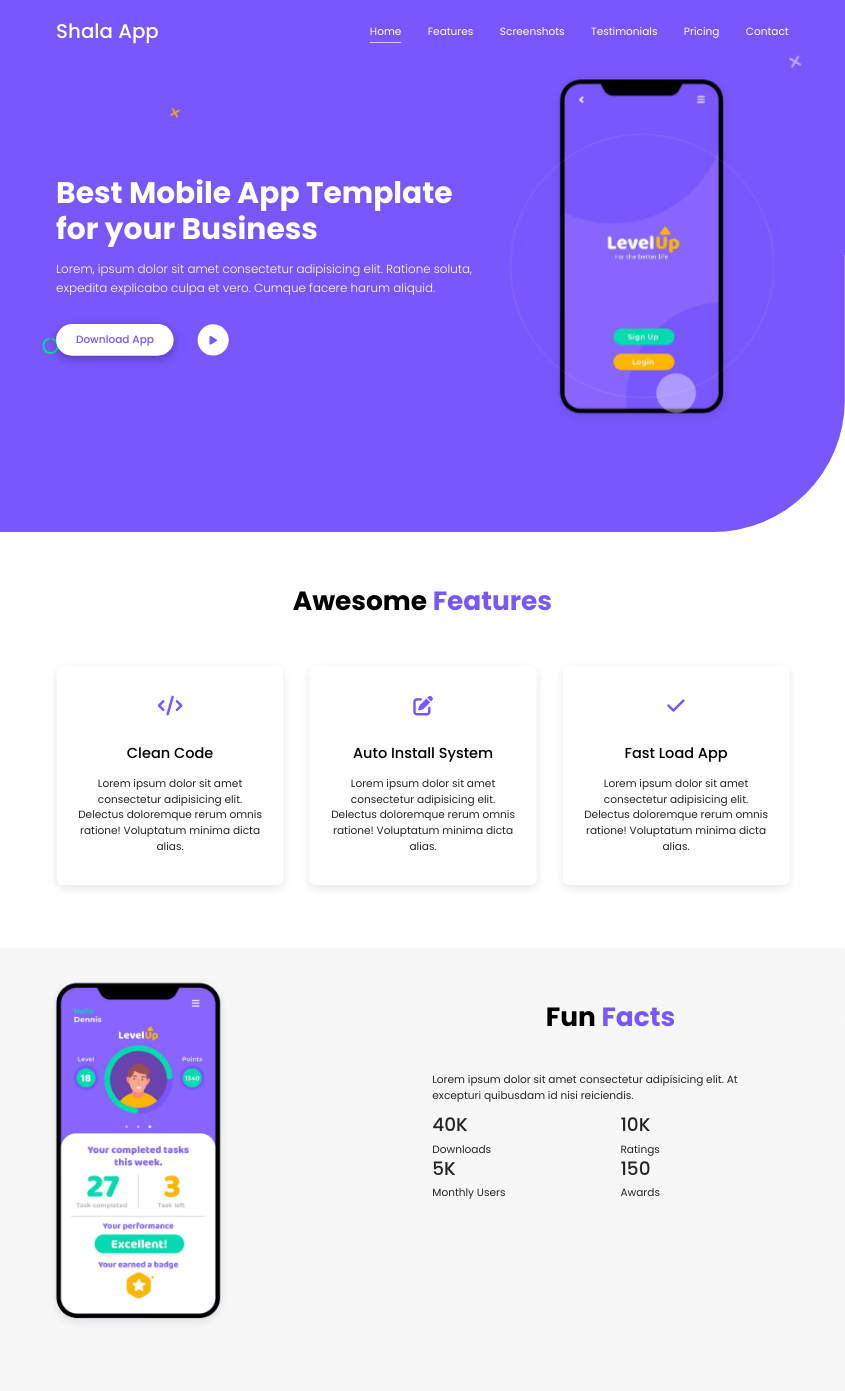
Repository: Mohamed-Hema/Shala-App
Page: index.html
An editor plug-in stored every save of this project. The page is shown before and after the next save, followed by the edit.
The browser window is 1280 px wide. The pictures show the whole page, at 66% of full size.
Some web libraries are served in a nearby version.

Above is the page before, as saved 2021-02-19 16:51:37.

### index.html
<!DOCTYPE html>
<html lang="zxx">
<head>
  <title>Shala - App Landing Page</title>
  <meta charset="utf-8">
  <meta name="viewport" content="width=device-width, initial-scale=1">
  <!-- owl carousel css -->
  <link rel="stylesheet" href="css/owl.carousel.min.css">
  <!-- font awesome icons -->
  <script src="https://kit.fontawesome.com/794108ad0e.js" crossorigin="anonymous"></script>
  <!-- bootstrap css -->
  <link rel="stylesheet" href="css/bootstrap.min.css">
  <!-- main css -->
  <link rel="stylesheet" href="css/style.css">
</head>
<body>

  <!-- Start NavBar -->
  <nav class="navbar navbar-expand-md fixed-top">
    <div class="container">
      <!-- Brand -->
      <a class="navbar-brand" href="#">Shala App</a>

      <!-- Toggler/collapsibe Button -->
      <button class="navbar-toggler" type="button" data-toggle="collapse" data-target="#collapsibleNavbar">
        <span class="navbar-toggler-icon"></span>
      </button>

      <!-- Navbar links -->
      <div class="collapse navbar-collapse" id="collapsibleNavbar">
        <ul class="navbar-nav ml-auto">
          <li class="nav-item">
            <a class="nav-link active" href="#">Home</a>
          </li>
          <li class="nav-item">
            <a class="nav-link" href="#">Features</a>
          </li>
          <li class="nav-item">
            <a class="nav-link" href="#">Screenshots</a>
          </li>
          <li class="nav-item">
            <a class="nav-link" href="#">Testimonials</a>
          </li>
          <li class="nav-item">
            <a class="nav-link" href="#">Pricing</a>
          </li>
          <li class="nav-item">
            <a class="nav-link" href="#">Contact</a>
          </li>
        </ul>
      </div>
    </div>
  </nav>

  <!-- End NavBar -->
  <!-- Start Home Section -->
  <section class="home d-flex align-items-center">
    <div class="effect-wrap">
      <i class="fas fa-plus effect effect-1"></i>
      <i class="fas fa-plus effect effect-2"></i>
      <i class="fas fa-circle-notch effect effect-3"></i>
    </div>
    <div class="container">
      <div class="row align-items-center">
        <div class="col-md-7">
          <div class="home-text">
            <h1>Best Mobile App Template for your Business</h1>
            <p>Lorem, ipsum dolor sit amet consectetur adipisicing elit. Ratione soluta, expedita explicabo culpa et vero. Cumque facere harum aliquid.</p>
            <div class="home-btn">
              <a href="#" class="btn btn-1">Download App</a>
              <button type="button" class="btn btn-1 video-play-btn">
                <i class="fas fa-play"></i>
              </button>
            </div>
          </div>
        </div>
        <div class="col-md-5 text-center">
          <div class="home-img">
            <div class="circle"></div>
            <img src="img/app-screenshots/1.png" alt="First App Screen">
          </div>
        </div>
      </div>
    </div>
  </section>
  <!-- End Home Section -->
  <!-- Start Video PopUp -->
  <div class="video-popup">
    <div class="video-popup-inner">
      <i class="fas fa-times video-popup-close"></i>
      <div class="iframe-box">
        <iframe id="player-1" src="https://www.youtube.com/embed/o1eY1MPcRQs" allow="accelerometer; autoplay; clipboard-write; encrypted-media; gyroscope; picture-in-picture" allowfullscreen></iframe>
      </div>
    </div>
  </div>
  <!-- End Video PopUP -->
  <!-- Start Features Section -->
  <section class="features section-padding">
    <div class="container">
      <div class="row justify-content-center">
        <div class="col-lg-8">
          <div class="section-title">
            <h2>Awesome <span>Features</span></h2>
          </div>
        </div>
      </div>
      <div class="row">
        <div class="owl-carousel features-carousel">
          <div class="feature-item">
            <div class="icon"><i class="fas fa-code"></i></div>
            <h3>Clean Code</h3>
            <p>Lorem ipsum dolor sit amet consectetur adipisicing elit. Delectus doloremque rerum omnis ratione! Voluptatum minima dicta alias.</p>
          </div>
          <div class="feature-item">
            <div class="icon"><i class="fas fa-edit"></i></div>
            <h3>Auto Install System</h3>
            <p>Lorem ipsum dolor sit amet consectetur adipisicing elit. Delectus doloremque rerum omnis ratione! Voluptatum minima dicta alias.</p>
          </div>
          <div class="feature-item">
            <div class="icon"><i class="fas fa-check"></i></div>
            <h3>Fast Load App</h3>
            <p>Lorem ipsum dolor sit amet consectetur adipisicing elit. Delectus doloremque rerum omnis ratione! Voluptatum minima dicta alias.</p>
          </div>

        </div>
      </div>
    </div>
  </section>

  <!-- End Features Section -->
  <!-- Start Fun Facts Section -->
  <section class="fun-facts section-padding">
    <div class="container">
      <div class="row">
        <div class="col-lg-6 col-md-5 d-flex">
          <div class="fun-facts-img">
            <img src="img/app-screenshots/2.png" alt="Fun Facts">
          </div>
        </div>
        <div class="col-lg-6 col-md-7">
          <div class="section-title">
            <h2>Fun <span>Facts</span></h2>
          </div>
          <div class="fun-facts-text">
            <p>Lorem ipsum dolor sit amet consectetur adipisicing elit. At excepturi quibusdam id nisi reiciendis.</p>
            <div class="row">
              <div class="col-sm-6">
                <div class="fun-fact-item style-1">
                  <h3>40K</h3>
                  <span>Downloads</span>
                </div>
              </div>
              <div class="col-sm-6">
                <div class="fun-fact-item style-1">
                  <h3>10K</h3>
                  <span>Ratings</span>
                </div>
              </div>
              <div class="col-sm-6">
                <div class="fun-fact-item style-1">
                  <h3>5K</h3>
                  <span>Monthly Users</span>
                </div>
              </div>
              <div class="col-sm-6">
                <div class="fun-fact-item style-1">
                  <h3>150</h3>
                  <span>Awards</span>
                </div>
              </div>
            </div>
            </div>
          </div>
        </div>
      </div>
    </div>
  </section>

  <!-- End Fun Facts Section -->

<!-- jquery js -->
<script src="js/jquery.min.js"></script>
<!-- popper js -->
<script src="js/popper.min.js"></script>
<!-- bootstrap js -->
<script src="js/bootstrap.min.js"></script>
<!-- owl carousel js -->
<script src="js/owl.carousel.min.js"></script>
<!-- ScrollIt js -->
<script src="js/scrollIt.min.js"></script>
<!-- main js -->
<script src="js/main.js"></script>
</body>
</html>

### css/style.css
/* Start Global Styles */
@import url('https://fonts.googleapis.com/css2?family=Poppins:wght@300;400;500;600;700;800;900&display=swap');

*{
    margin: 0;
    padding: 0;
    outline: none!important;
}

:root{
    --main-color: #7857fe;
    --color-1: #e91e63;
    --color-2: #f5ae10;
    --color-3: #09d69c;
    --bg-dark: #2b2c2f;
    --main-to-dark-color: var(--main-color);
    --dark-to-main-color: var(--bg-dark);
    --shadow-black-100: 0 5px 15px rgba(0,0,0,.1);
    --shadow-black-300: 0 5px 15px rgba(0,0,0,.3);
    --black-900: #000;
    --black-400: #555555;
    --black-100: #f7f7f7;
    --black-000: #fff;
    --black-alpha-100: rgba(0,0,0,0.05);
}

body{
    font-family: 'Poppins', sans-serif;
    font-size: 16px;
    font-weight: 400;
    overflow-x: hidden;
    background-color: #fff;
    line-height: 1.5;
}
img{
    max-width: 100%;
    vertical-align: middle;
}
ul{
    list-style: none;
}
.btn-1{
    background-color: #fff;
    padding: 12px 30px;
    border: none;
    border-radius: 30px;
    color: var(--main-color);
    font-size: 16px;
    transition: all .5s ease;
    box-shadow: var(--shadow-black-300);
    font-weight: 500;
}
.btn-1:focus{
    box-shadow: var(--shadow-black-300);
}
.btn-1:hover{
    color: #fff;
    background-color: var(--main-color);
}
@keyframes spin_01{
    0%{
        transform: rotate(0deg);
    }
    100%{
        transform: rotate(360deg);
    }
}
@keyframes bounceTop_01{
    0%, 100%{
        transform: translateY(-30px);
    }
    50%{
        transform: translateY(0px);
    }
}
@keyframes pulse_01{
    0%{
        transform: scale(0.94);
        box-shadow: 0 0 0 0 rgba(255,255,255,0.7);
    }
    70%{
        transform: scale(1);
        box-shadow: 0 0 0 12px rgba(255,255,255,0);
    }
    100%{
        transform: scale(0.94);
        box-shadow: 0 0 0 0 rgba(255, 255, 255, 0);
    }
}
.effect-wrap .effect{
    position: absolute;
    z-index: -1;
}
.effect-wrap .effect-1{
    left: 20%;
    top: 20%;
    font-size: 20px;
    color: var(--color-2);
    animation: spin_01 5s linear infinite;
}
.effect-wrap .effect-2{
    right: 5%;
    top: 10%;
    font-size: 25px;
    color: rgba(255, 255, 255, .5);
    animation: spin_01 7s linear infinite;
}
.effect-wrap .effect-3{
    left: 5%;
    bottom: 30%;
    font-size: 25px;
    color: var(--color-3);
    animation: bounceTop_01 3s linear infinite;
}
.section-padding{
    padding: 80px 0;
}
.section-title h2{
    font-size: 40px;
    color: var(--black-900);
    font-weight: 700;
    text-align: center;
}
.section-title{
    margin-bottom: 60px;
}
.section-title h2 span{
    color: var(--main-color);
}
.owl-carousel .owl-dots{
    color: var(--main-color);
}
.owl-carousel .owl-dots{

}
.owl-carousel button.owl-dot{
    height: 5px;
    width: 24px;
    background-color: #ddd;
    display: inline-block;
    margin: 0 4px;
    border-radius: 5px;
}
/* End Global Styles */
/* Start Navbar */
.navbar{
    background-color: transparent;
    padding: 20px 0;
    transition: all .5s ease;
}
.navbar.navbar-shrink{
    box-shadow: 0 10px 10px rgba(0, 0, 0, .1);
    background-color: var(--main-color);
    padding: 10px 0;
}
.navbar > .container{
    padding: 0 15px;
}
.navbar .navbar-brand{
    font-size: 30px;
    color: #fff;
    font-weight: 500;
}
.navbar .nav-item{
    margin-left: 40px;
}
.navbar .nav-item .nav-link{
    color: #fff;
    font-size: 16px;
    font-weight: 400;
    padding: 5px 0;
    position: relative;
}
.navbar .nav-item .nav-link::before{
    content: '';
    position: absolute;
    left: 0;
    right: 0;
    bottom: 0;
    height: 1px;
    background-color: #fff;
    transition: all .5s ease;
    transform: scale(0);
}
.navbar .nav-item .nav-link.active::before,
.navbar .nav-item .nav-link:hover::before{
    transform: scale(1);
}
.navbar .nav-item .nav-link:hover.active::before{
    transform: scale(0);
}
/* End Navbar */
/* Start Home Section */
.home{
    min-height: 100vh;
    padding: 150px 0;
    background-color: var(--main-to-dark-color);
    border-radius: 0 0 200px 0;
    position: relative;
    z-index: 1;
}
.home-text h1{
    font-size: 45px;
    font-weight: 700;
    color: #fff;
    margin: 0 0 20px;
}
.home-text p{
    font-size: 18px;
    line-height: 28px;
    color: #fff;
    margin: 0;
    font-weight: 300;
}
.home .home-btn{
    margin-top: 40px;
}
.home .home-btn .video-play-btn:hover{
    animation: none;
    box-shadow: var(--shadow-black-300);
}
.home .home-btn .video-play-btn{
    margin-left: 30px;
    height: 50px;
    width: 50px;
    padding: 0;
    font-size: 16px;
    animation: pulse_01 2s ease infinite;
}
.home .home-btn .video-play-btn i{
    line-height: 50px;
}
.home-img img{
    max-width: 250px;
    width: 100%;
    box-shadow: var(--shadow-black-100);
    border-radius: 32px;
    animation: bounceTop_01 3s ease infinite;
}

.home-img{
    position: relative;
}
.home-img .circle{
    position: absolute;
    z-index: 1;
    height: 400px;
    width: 400px;
    border: 1px solid rgba(255, 255, 255, .2);
    border-radius: 50%;
    top: 50%;
    left: 50%;
    transform: translate(-50%, -50%);
}
.home-img .circle::before{
    content: '';
    position: absolute;
    height: 60px;
    width: 60px;
    background-color: rgba(255, 255, 255, .4);
    border-radius: 50%;
    left: 30px;
    top: 30px;
    transform-origin: 170px 170px;
    animation: spin_01 10s linear infinite;
}
/* Video PopUP */
.video-popup{
    padding: 30px;
    position: fixed;
    left: 0;
    top: 0;
    width: 100%;
    height: 100%;
    z-index: 1999;
    background-color: rgba(0,0,0,.7);
    display: flex;
    align-items: center;
    justify-content: center;
    opacity: 0;
    visibility: hidden;
    transition: all .5s ease;
}
.video-popup.open{
    opacity: 1;
    visibility: visible;
}
.video-popup-inner{
    width: 100%;
    max-width: 900px;
    position: relative;
}
.video-popup .video-popup-close{
    position: absolute;
    right: 0;
    top: -30px;
    height: 30px;
    width: 30px;
    font-size: 16px;
    text-align: center;
    line-height: 30px;
    cursor: pointer;
    color: #fff;

}
.video-popup .iframe-box{
    height: 0;
    overflow-x: hidden;
    padding-top: 56.25%;
}
.video-popup #player-1 {
    position: absolute;
    left: 0;
    top: 0;
    width: 100%;
    height: 100%;
    border: 0;
}
/* End Home Section */
/* Start Features Section */
.features .feature-item{
    box-shadow: var(--shadow-black-100);
    margin: 15px;
    padding: 30px;
    border-radius: 10px;
    text-align:center;
    position: relative;
    z-index: 1;
    overflow: hidden;
}
.features .feature-item::after,
.features .feature-item::before{
    content: '';
    position: absolute;
    z-index: -1;
    border-radius: 50%;
    transition: all .5s ease;
    opacity: 0;
}
.features .feature-item::before{
    height: 20px;
    width: 20px;
    background-color: var(--color-1);
    left: -20px;
    top: 40%;
}
.features .feature-item::after{
    height: 30px;
    width: 30px;
    background-color: var(--color-2);
    left: -30px;
    top: 80%;
}
.features .feature-item .icon{
    height: 60px;
    width: 60px;
    margin: 0 auto 30px;
    text-align: center;
    font-size: 30px;
    color: var(--main-color);
    position: relative;
    z-index: 1;
    transition: all .5s ease;
    cursor: pointer;
}
.features .feature-item .icon::before{
    content: '';
    position: absolute;
    left: 100%;
    top: 0;
    width: 100%;
    height: 100%;
    background-color: var(--main-color);
    transition: all .5s ease;
    z-index: -1;
    opacity: 0;
}
.features .feature-item:hover .icon{
    color: #fff;
    font-size: 20px;
}
.features .feature-item:hover .icon::before{
    left: 0;
    border-radius: 50%;
    opacity: 1;

}
.features .feature-item .icon i{
    line-height: 60px;
}
.features .feature-item h3{
    font-size: 22px;
    margin: 0 0 20px;
    color: var(--black-900);
    font-weight: 500;
}
.features .feature-item .icon p{
    font-size: 16px;
    line-height: 26px;
    font-weight: 300;
    color: var(--black-400);
    margin: 0 0 15px;
}
/* End Features Section */
/* Start Fun Facts Section */
.fun-facts{
    background-color: var(--black-100);
}
.fun-facts-img img{
    max-width: 250px;
    width: 100%;
    box-shadow: var(--shadow-black-100);
    border-radius: 32px;
    animation: bounceTop_01 3s ease infinite;
}

/* End Fun Facts Section */

### js/main.js
// import $ from "jQuery";
$(document).ready(function() {
    // NavBar Shrink
    $(window).on("scroll", function() {
        if($(this).scrollTop() > 90) {
            $(".navbar").addClass("navbar-shrink");
        } else {
            $(".navbar").removeClass("navbar-shrink");
        }
    });
    // Video popUP
    const vdeoSrc = $("#player-1").attr("src");
    $(".video-play-btn, .video-popup").on("click", function() {
        if($(".video-popup").hasClass("open")) {
            $(".video-popup").removeClass("open");
            $("#player-1").attr("src", "");
        } else {
            $(".video-popup").addClass("open");
            if($("#player-1").attr("src")==''){
                $("#player-1").attr("src", videoSrc);
            }
        }
    });
    // Features Carousel
    $('.features-carousel').owlCarousel({
        loop:true,
        margin:10,
        responsiveClass:true,
        responsive:{
            0:{
                items:1,
            },
            600:{
                items:2,
            },
            1000:{
                items:3,

            }
        }
    })
});

Loaded but not shown: css/owl.carousel.min.css (library); css/bootstrap.min.css (library); js/jquery.min.js (library); js/popper.min.js (library); js/bootstrap.min.js (library); js/owl.carousel.min.js (library); js/scrollIt.min.js (common file)

After the next save:
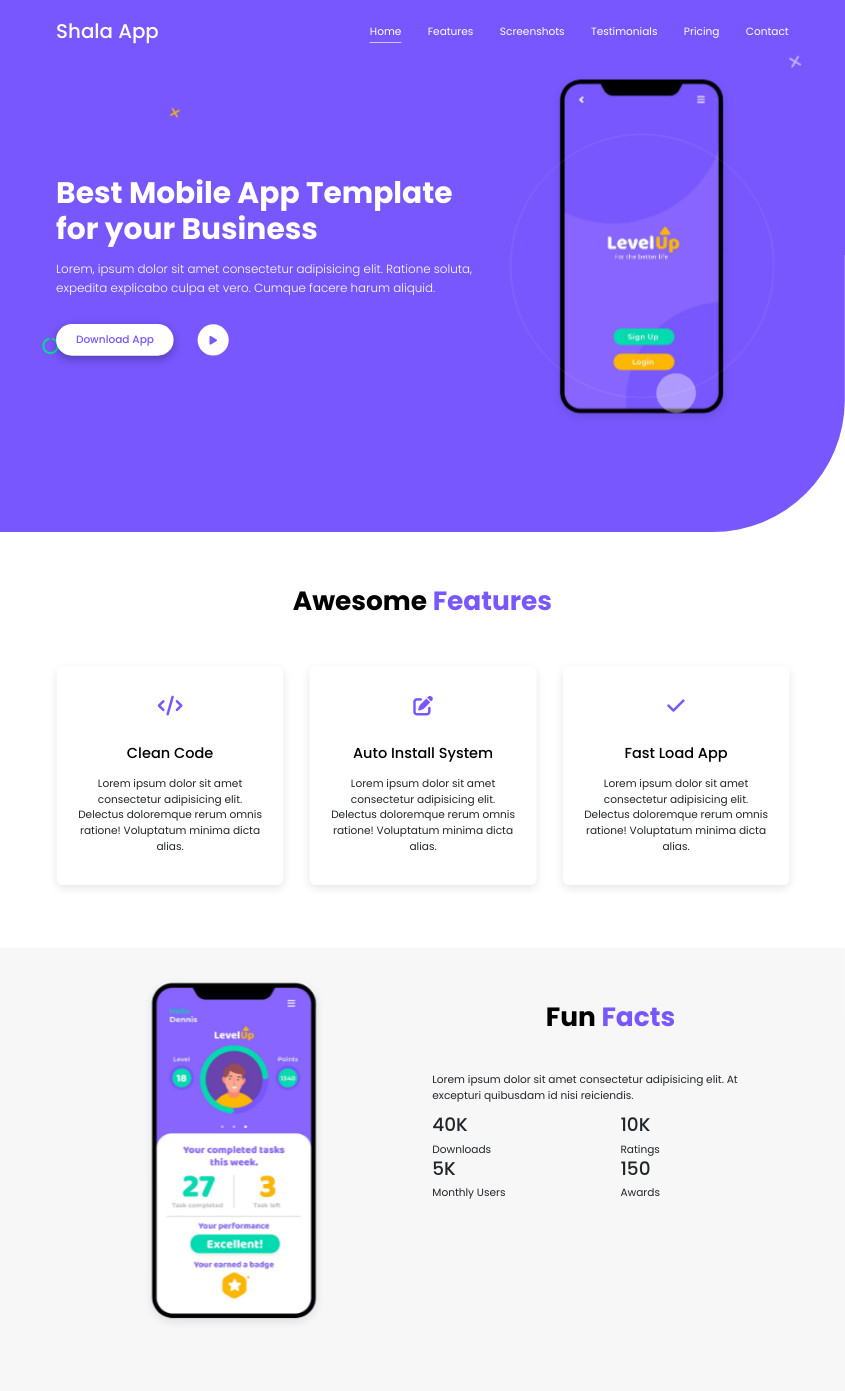
Saved 8 s later.
--- a/index.html
+++ b/index.html
@@ -132,7 +132,7 @@
   <section class="fun-facts section-padding">
     <div class="container">
       <div class="row">
-        <div class="col-lg-6 col-md-5 d-flex">
+        <div class="col-lg-6 col-md-5 d-flex align-items-center justify-content-center">
           <div class="fun-facts-img">
             <img src="img/app-screenshots/2.png" alt="Fun Facts">
           </div>
